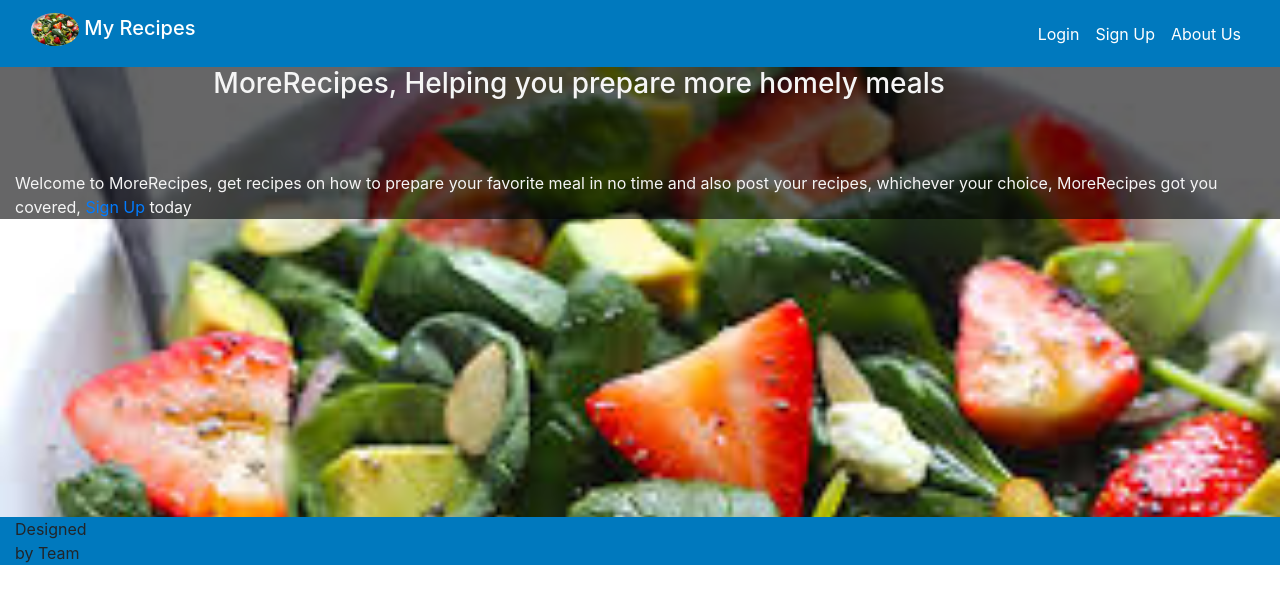
Repository: UggoPrince/more-recipes
Page: html/index.html
An editor plug-in stored every save of this project. The page is shown before and after the next save, followed by the edit.
The browser window is 1280 px wide. The pictures show the whole page.

Above is the page before, as saved 2018-07-30 07:02:23.

### html/index.html
<html lang="en">
<head>
  <meta charset="UTF-8">
  <meta name="viewport" content="width=device-width, initial-scale=1.0">
  <meta http-equiv="X-UA-Compatible" content="ie=edge">
  <link rel="stylesheet" href="https://maxcdn.bootstrapcdn.com/bootstrap/4.0.0/css/bootstrap.min.css" integrity="sha384-Gn5384xqQ1aoWXA+058RXPxPg6fy4IWvTNh0E263XmFcJlSAwiGgFAW/dAiS6JXm" crossorigin="anonymous"/>
  <style>
    main {
      background-color: rgba(0, 0, 3, 0.6);
      color: whitesmoke;
    }
    div#content {
      background-size: 100vw;
      background-repeat: no-repeat;
      background-image: url(../img/nav-image.jpg);
      background-size: cover;
      height: 450px;
      background-repeat: no-repeat;
    }
    nav {
      background-color: #0079be;
      color: white;
    }
    .nav-link {
      color: white;
    }
  </style>
  <title>My Recipes Homepage</title>
</head>
<body>
  <nav class="xnav navbar navbar-expand-lg">
    <div class="container-fluid">
      <h3 style="color: white;" class="navbar-brand">
        <img class="rounded-circle" src="../img/nav-image.jpg" style="width: 48px;" alt="logo"/>
        My Recipes
      </h3>
      <button class="navbar-toggler" type="button" data-toggle="collapse" aria-controls="navDropdown" aria-expanded="false" aria-label="Toggle Navigation" data-target="#navDropdown" >
        <span class="navbar-toggler-icon"></span>
      </button>
      <div class="collapse navbar-collapse justify-content-end brand-anchor" id="navDropdown">
        <ul class="navbar-nav">
          <li class="nav-item">
            <a class="nav-link" href="login.html">Login</a>
          </li>
          <li class="nav-item">
            <a class="nav-link" href="signup.html">Sign Up</a>
          </li>
          <li class="nav-item">
            <a class="nav-link" href="about.html">About Us</a>
          </li>
        </ul>
      </div>
    </div>
  </nav>
  <div id="content">
    <main class="container-fluid">
      <div class="row">
        <div class="offset-2 col-8; margin-top: 30%;">
            <h3>MoreRecipes, Helping you prepare more homely meals</h3>
        </div>
      </div>
      <div style="padding-top: 5%">
          Welcome to MoreRecipes, get recipes on how to prepare your favorite meal in no time and also post your recipes, whichever your choice, MoreRecipes got you covered, <a href="signup.html">Sign Up</a> today
      </div>

    </main>
  </div>
  <footer class="container-fluid" style="background-color: #0079be;">
    <div class="row">
      <div class="col-1">Designed by Team</div>
    </div>
  </footer>
</body>
</html>

After the next save:
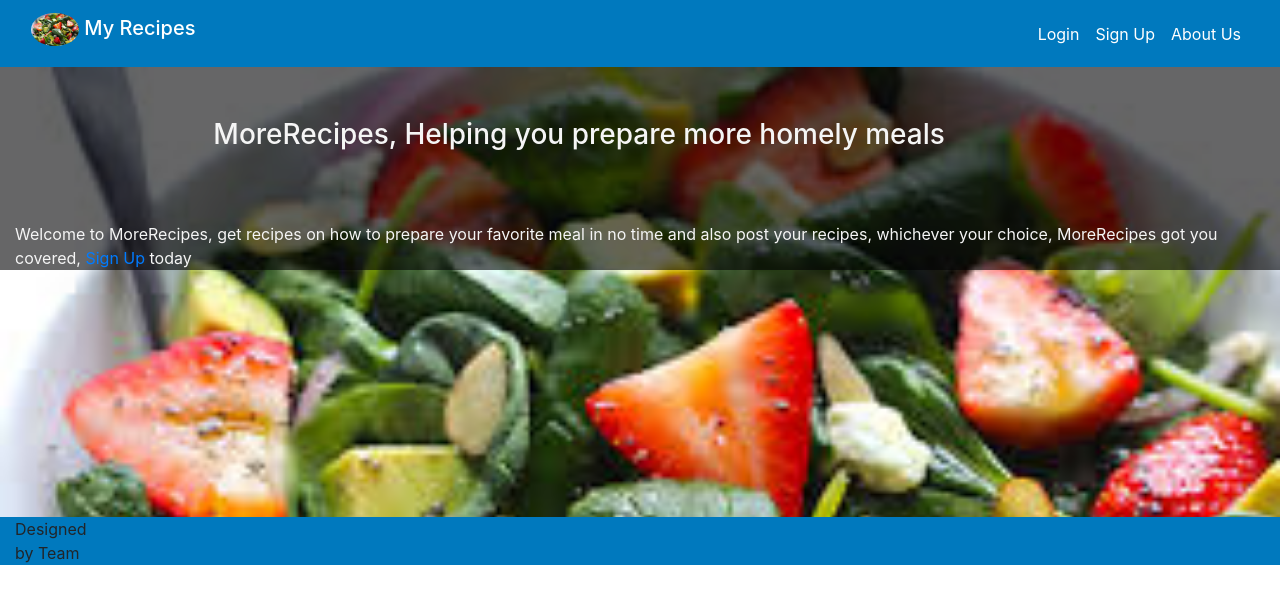
Saved 24 s later.
--- a/html/index.html
+++ b/html/index.html
@@ -55,7 +55,7 @@
   <div id="content">
     <main class="container-fluid">
       <div class="row">
-        <div class="offset-2 col-8; margin-top: 30%;">
+        <div class="offset-2 col-8;" style="margin-top: 4%;">
             <h3>MoreRecipes, Helping you prepare more homely meals</h3>
         </div>
       </div>
